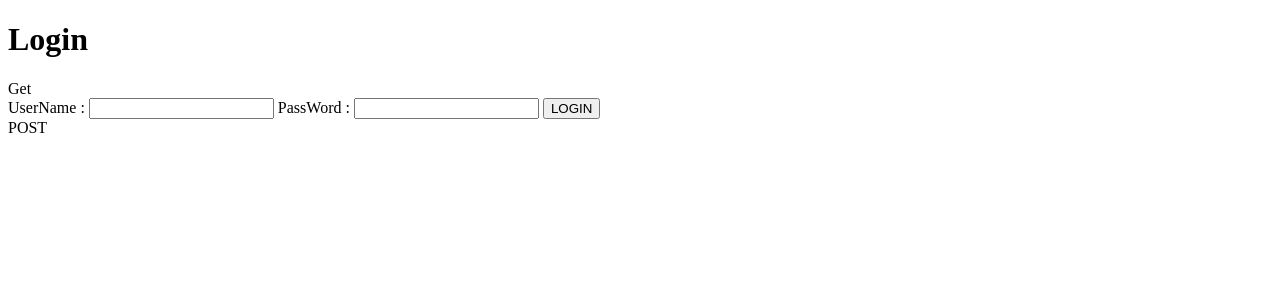
Repository: nguyentruong2303/projectJave
Page: http://localhost/testWeb/index.jsp
An editor plug-in stored every save of this project. The page is shown before and after the next save, followed by the edit.
The browser window is 1280 px wide. The pictures show the whole page.
The page is served by Tomcat 9.

Above is the page before, as saved 2020-08-10 10:52:15.

After the next save:
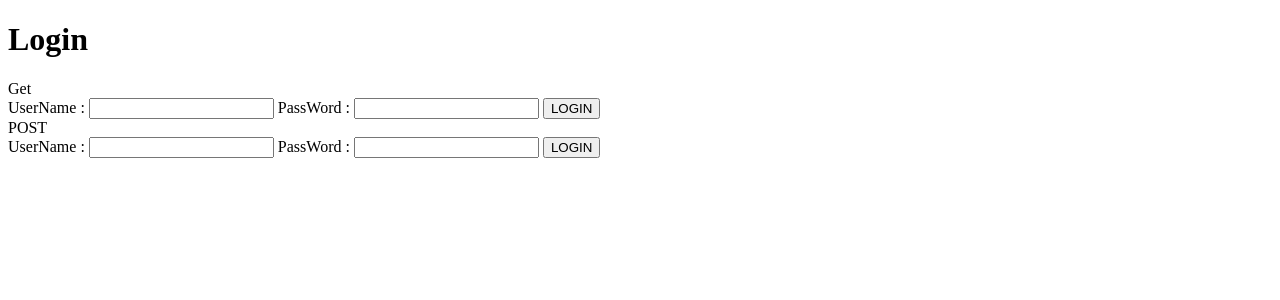
Saved 2 min 36 s later.
--- a/testWeb/WebContent/index.jsp
+++ b/testWeb/WebContent/index.jsp
@@ -15,7 +15,12 @@
 PassWord : <input type="text" name="upass">
 <input type="submit" value="LOGIN">
 </form>
-POST <br>
+POST <br/>
+<form action="login2"method="post">
+UserName : <input type="text" name="uname">
+PassWord : <input type="text" name="upass">
+<input type="submit" value="LOGIN">
+</form>
 </div>
 </body>
 </html>
